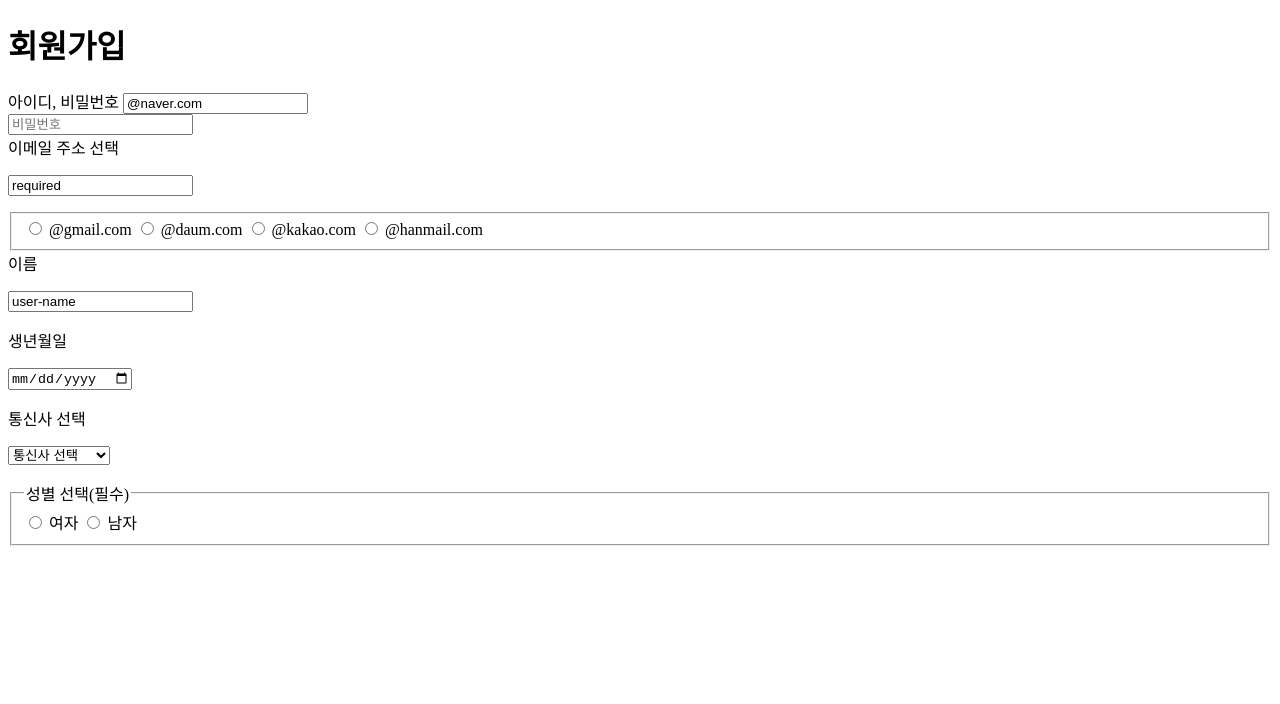
Repository: guswnsdldl/gb
Page: html workspace/h_form/src/main/webapp/join.html
The author's editor kept a copy of each file at every save. The page is drawn from the files as they stood at one save, then again after the next save.
The browser window is 1280 px wide. The pictures show the whole page.

Above is the page before, as saved 2024-08-06 07:59:32.

### html workspace/h_form/src/main/webapp/join.html
<!DOCTYPE html>
<html>
<head>
<meta charset="UTF-8">
<title>join</title>
</head>
<body>
<h1>회원가입</h1>
<form>
<div> 아이디, 비밀번호
<input type="text" name="user-id" placeholder="아이디" value="@naver.com" required><br>
<input type="password" name="user-password" placeholder="비밀번호">
</div>
<div> 이메일 주소 선택
<p><input type="text" name="user-email" placeholder="이메일 입력" value= required><fieldset>
 <label><input type="radio" name="email" value="@gmail.com">
            @gmail.com</label>
  <label><input type="radio" name="email" value="@daum.com">
            @daum.com</label>
  <label><input type="radio" name="email" value="@kakao.com">
            @kakao.com</label>
  <label><input type="radio" name="email" value="@hanmail.com">
            @hanmail.com</label>
</fieldset>

</div> 이름
<div>
<p><input type="text" name="user-name" placeholder="실명" value="user-name" required><br>
</div>
<div>	생년월일
        <p> <input type="date">
</div>

<div>통신사 선택
<p><select name="select-tel">
            <option value="" selected>통신사 선택</option>
            <option value="computer">KT</option>
            <option value="model">SKT</option>
            <option value="nurse">LG U+</option>
            <option value="music">KT 알뜰폰</option>
            <option value="mechanic">SKT 알뜰폰</option>
             <option value="mechanic">LG U+ 알뜰폰</option>
   </select>
</div>
<div>
<fieldset>
         <legend>성별 선택(필수)</legend>
          <label> <input type="radio" name="gender" value="여자">
            여자
         </label><label> <input type="radio" name="gender" value="남자">
            남자
         </label>
      </fieldset>



</div>
</form>

</body>
</html>

After the next save:
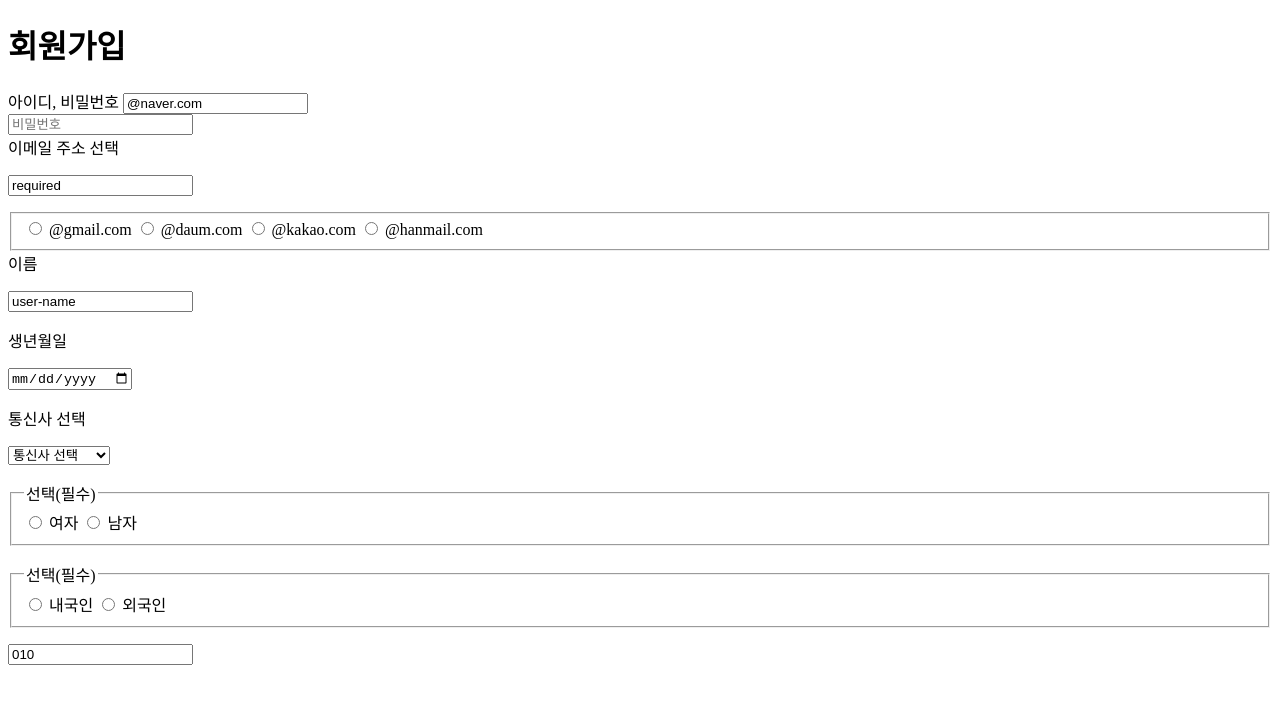
Saved 4 min 22 s later.
--- a/html workspace/h_form/src/main/webapp/join.html
+++ b/html workspace/h_form/src/main/webapp/join.html
@@ -32,7 +32,7 @@
 </div>
 
 <div>통신사 선택
-<p><select name="select-tel">
+<p><select name="select-telecom">
             <option value="" selected>통신사 선택</option>
             <option value="computer">KT</option>
             <option value="model">SKT</option>
@@ -43,18 +43,29 @@
    </select>
 </div>
 <div>
-<fieldset>
-         <legend>성별 선택(필수)</legend>
+<p><fieldset>
+        <legend>선택(필수)</legend>
           <label> <input type="radio" name="gender" value="여자">
             여자
          </label><label> <input type="radio" name="gender" value="남자">
             남자
          </label>
       </fieldset>
+</div>
+<div>
+<p><fieldset>
+        <legend>선택(필수)</legend>
+          <label> <input type="radio" name="from" value="내국인">
+            내국인
+         </label><label> <input type="radio" name="from" value="외국인">
+            외국인
+         </label>
+      </fieldset>
+</div>
+<div>
+<p><input type="tel" name="user-telephone" placeholder="전화번호" value="010" required>
+</div>
 
-
-
-</div>
 </form>
 
 </body>
